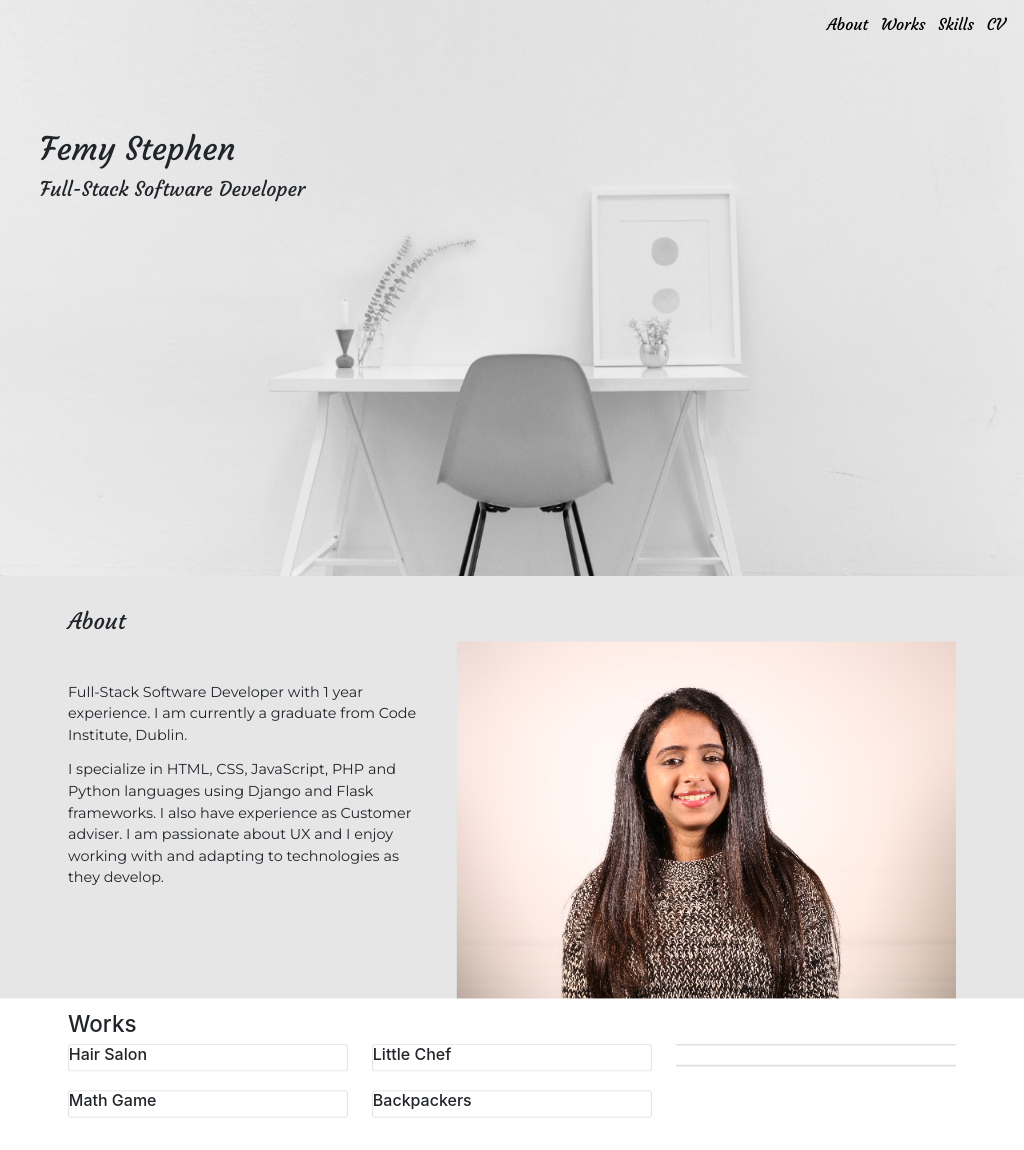
Repository: femy16/FemyStephen
Page: index.html
The author's editor kept a record of every edit. The page is drawn from the files as they stood at one moment, then again after the next edit.
The browser window is 1280 px wide. The pictures show the whole page, at 80% of full size.
Backgrounds fixed to the window are drawn as part of the page. Some web libraries are served in a nearby version.

Above is the page before.
Not found: hover.css

After the next edit:
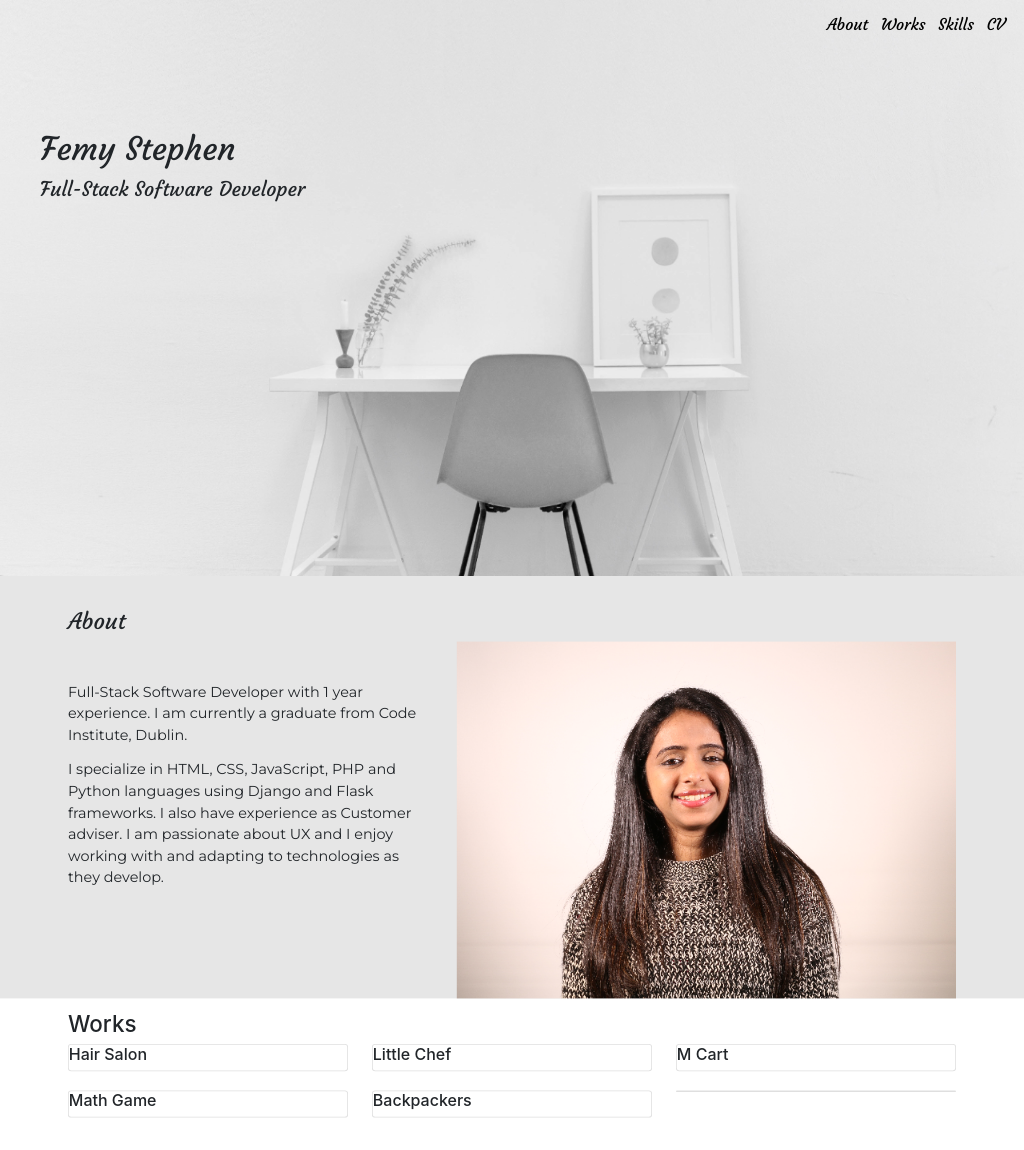
The edit:
--- a/index.html
+++ b/index.html
@@ -93,8 +93,8 @@
                         </div>
                         <div class="col">
 
-
                                 <div class="card">
+                                    <h5>M Cart</h5>
                                 </div><br />
                                 <div class="card">
                                 </div><br />
